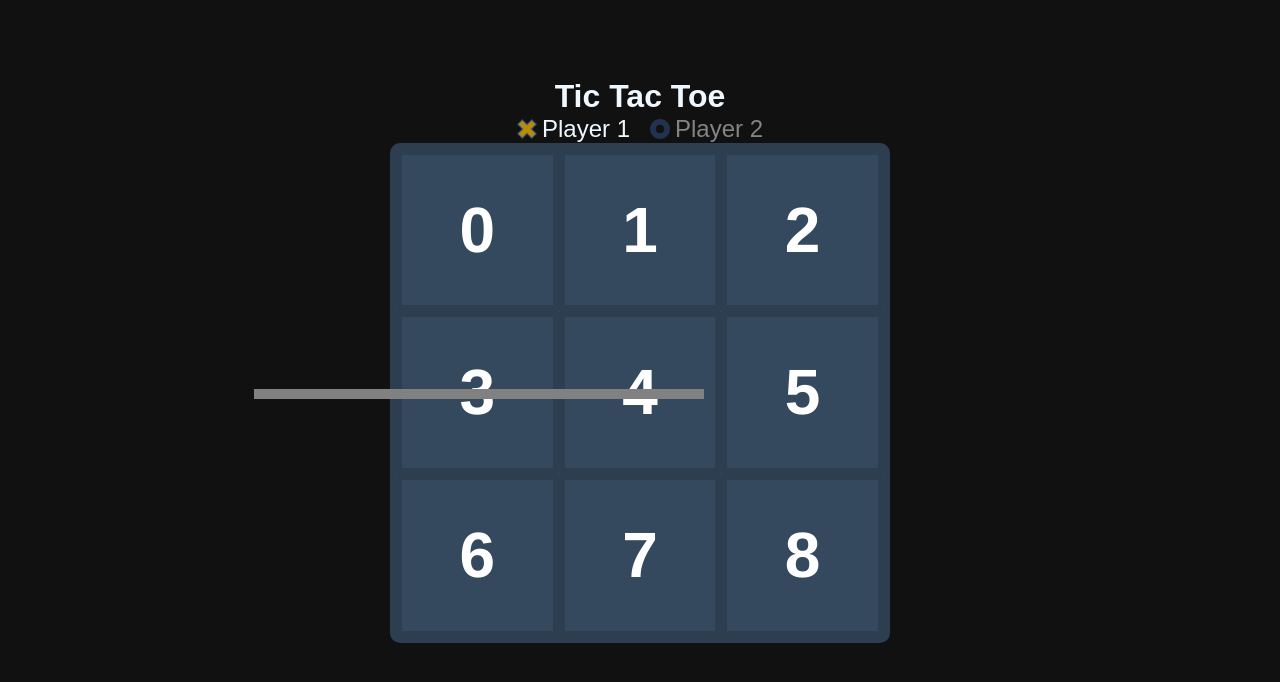
Repository: richardlieknis/tictactoe
Page: index.html
These files come from the project's save history. The page is drawn as it stood at one moment and after the next save; the edit follows.
The browser window is 1280 px wide. The pictures show the whole page.

Above is the page before, as saved 2022-12-08 16:35:14.

After the next save:
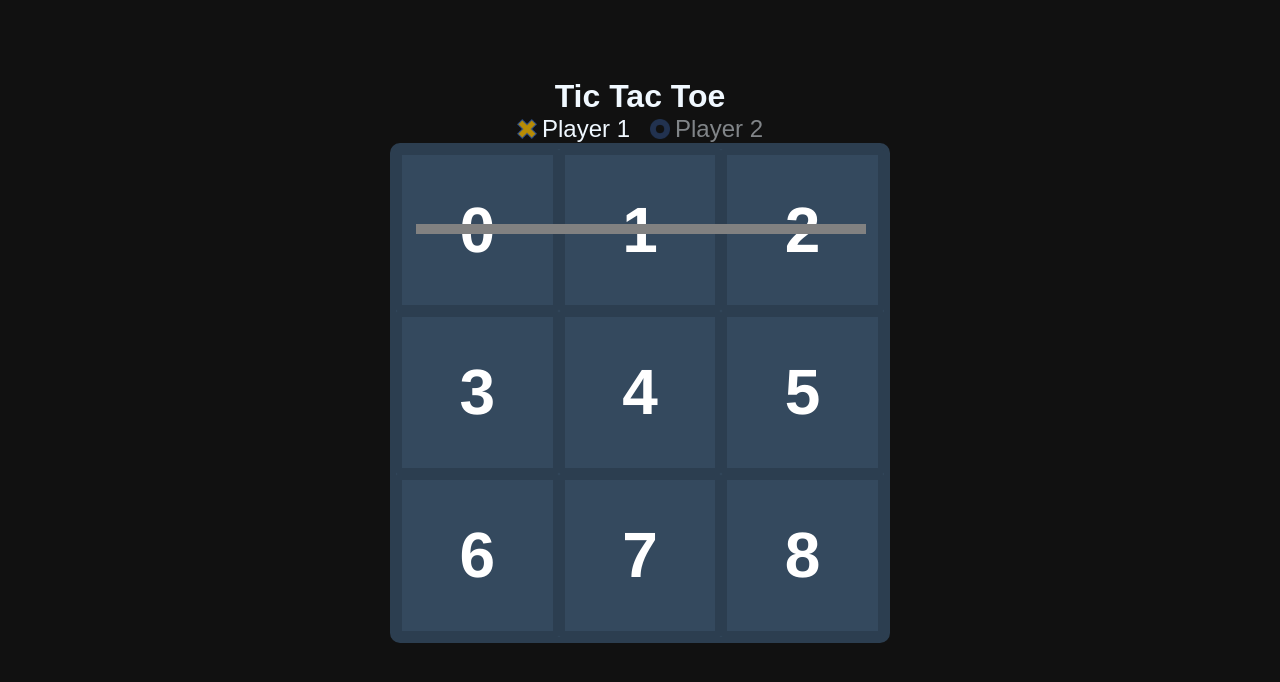
Saved 35 s later.
--- a/css/style.css
+++ b/css/style.css
@@ -87,6 +87,6 @@
     transform: rotate(45deg) scaleX(0);
 }
 
-#line3 {
+#line0 {
     transform: scaleX(1) !important;
 }
